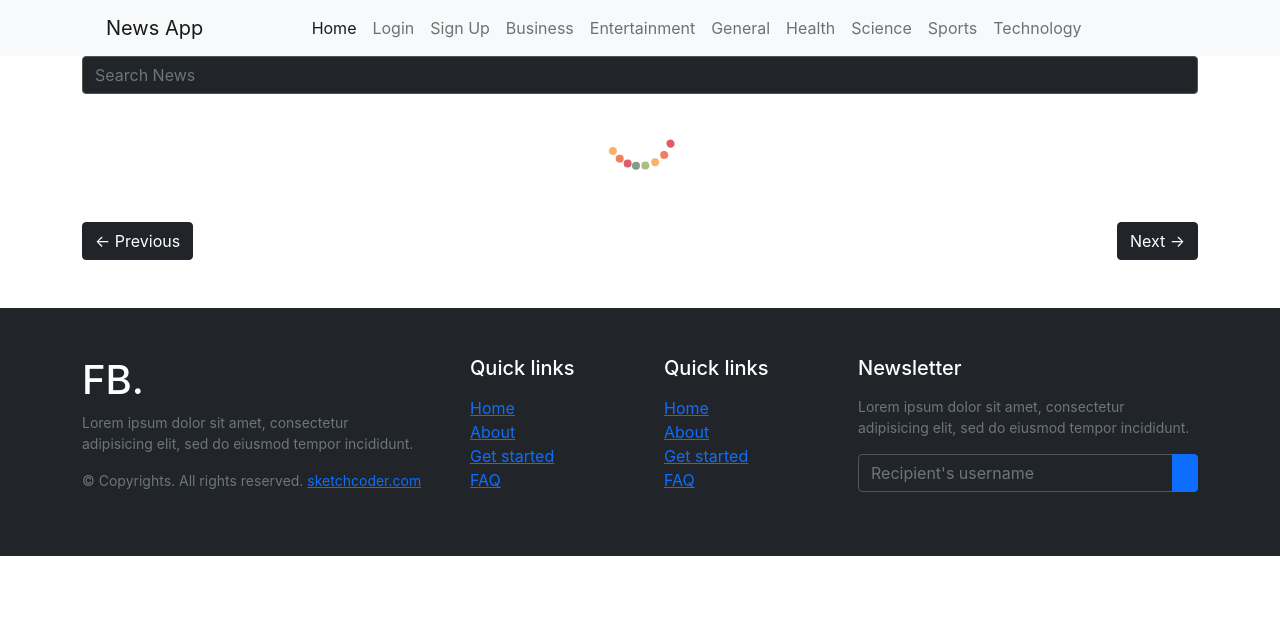
Repository: ZainAkbar51214/News-Site
Page: /
An editor plug-in stored every save of this project. The page is shown before and after the next save, followed by the edit.
The browser window is 1280 px wide. The pictures show the whole page.
The page's requests for data from a server got no answer. The project was rebuilt for these pictures with package versions that can differ from the ones it lists, and the page was loaded fresh each time. No one was signed in, and anything a server would have sent is missing. Also part of the build but not shown: src/Components/pages/Login.jsx, src/Components/pages/SignUp.jsx, src/App.css, src/Components/Layouts/NewsItem.js.

Above is the page before, as saved 2023-12-18 04:37:52.

### public/index.html
<!DOCTYPE html>
<html lang="en">
  <head>
    <meta charset="utf-8" />
    <link rel="icon" href="%PUBLIC_URL%/favicon.ico" />
    <meta name="viewport" content="width=device-width, initial-scale=1" />
    <meta name="theme-color" content="#000000" />
    <meta
      name="description"
      content="Web site created using create-react-app"
    />
    <link rel="apple-touch-icon" href="%PUBLIC_URL%/logo192.png" />

    <link rel="manifest" href="%PUBLIC_URL%/manifest.json" />

    <title>News App</title>
    <!-- Bootstrap cdn -->
    <link href="https://cdn.jsdelivr.net/npm/bootstrap@5.0.2/dist/css/bootstrap.min.css" rel="stylesheet" integrity="sha384-EVSTQN3/azprG1Anm3QDgpJLIm9Nao0Yz1ztcQTwFspd3yD65VohhpuuCOmLASjC" crossorigin="anonymous">
  </head>
  <body>
    <noscript>You need to enable JavaScript to run this app.</noscript>
    <div id="root"></div>


    <!-- Bootstrap Script -->
    <script src="https://cdn.jsdelivr.net/npm/@popperjs/core@2.9.2/dist/umd/popper.min.js" integrity="sha384-IQsoLXl5PILFhosVNubq5LC7Qb9DXgDA9i+tQ8Zj3iwWAwPtgFTxbJ8NT4GN1R8p" crossorigin="anonymous"></script>
<script src="https://cdn.jsdelivr.net/npm/bootstrap@5.0.2/dist/js/bootstrap.min.js" integrity="sha384-cVKIPhGWiC2Al4u+LWgxfKTRIcfu0JTxR+EQDz/bgldoEyl4H0zUF0QKbrJ0EcQF" crossorigin="anonymous"></script>
  </body>
</html>

### src/App.js
import React from "react";
import {
  BrowserRouter as Router,
  Switch,
  Route
} from "react-router-dom";
import Navbar from './Components/Header/Navbar';
import Footer from './Components/Footer/Footer';
import Login from "./Components/pages/Login";
import SignUp from "./Components/pages/SignUp";
import News from "./Components/Layouts/News";

function App() {
  return (
    <Router>
      <Navbar />
        <Switch>
          <Route path="/" exact><News key="general" pageSize={5} country="in" category="general" /></Route>
          <Route path="/business" exact><News key="business" pageSize={5} country="in" category="business" /></Route>
          <Route path="/entertainment" exact><News key="entertainment" pageSize={5} country="in" category="entertainment" /></Route>
          <Route path="/health" exact><News key="health" pageSize={5} country="in" category="health" /></Route>
          <Route path="/science" exact><News key="science" pageSize={5} country="in" category="science" /></Route>
          <Route path="/sports" exact><News key="sports" pageSize={5} country="in" category="sports" /></Route>
          <Route path="/technology" exact><News key="technology" pageSize={5} country="in" category="technology" /></Route>
          <Route path="/login">
            <Login />
          </Route>
          <Route path="/sign-up">
            <SignUp />
          </Route>
        </Switch>
      <Footer />
  </Router>
  );
}

export default App;

### src/Components/Header/Navbar.jsx
import React, { Component } from 'react';
import { Link } from 'react-router-dom';

class Navbar extends Component {
    render() {
        return (
            <div>
                <div className="container-fluid bg-light">
                <div className="container">
                    <div className="row">
                        <div className="col-md-12">
                            <nav className="navbar navbar-expand-lg navbar-light">
                                <div className="container-fluid">
                                    <Link className="navbar-brand" to="/">News App</Link>
                                    <button className="navbar-toggler" type="button" data-bs-toggle="collapse" data-bs-target="#navbarSupportedContent" aria-controls="navbarSupportedContent" aria-expanded="false" aria-label="Toggle navigation">
                                        <span className="navbar-toggler-icon"></span>
                                    </button>
                                    <div className="collapse navbar-collapse" id="navbarSupportedContent">
                                        <ul className="navbar-nav mx-auto mb-2 mb-lg-0">
                                            <li className="nav-item">
                                                <Link className="nav-link active" aria-current="page" to="/">Home</Link>
                                            </li>
                                            <li className="nav-item">
                                                <Link className="nav-link" to="/login">Login</Link>
                                            </li>
                                            <li className="nav-item">
                                                <Link className="nav-link" to="/sign-up">Sign Up</Link>
                                            </li>
                                            <li className="nav-item">
                                                <Link className="nav-link" to="/business">Business</Link>
                                            </li>
                                            <li className="nav-item">
                                                <Link className="nav-link" to="/entertainment">Entertainment</Link>
                                            </li>
                                            <li className="nav-item">
                                                <Link className="nav-link" to="/">General</Link>
                                            </li>
                                            <li className="nav-item">
                                                <Link className="nav-link" to="/health">Health</Link>
                                            </li>
                                            <li className="nav-item">
                                                <Link className="nav-link" to="/science">Science</Link>
                                            </li>
                                            <li className="nav-item">
                                                <Link className="nav-link" to="/sports">Sports</Link>
                                            </li>
                                            <li className="nav-item">
                                                <Link className="nav-link" to="/technology">Technology</Link>
                                            </li>
                                        </ul>
                                    </div>
                                </div>
                            </nav>
                        </div>
                    </div>
                </div>
            </div>
            </div>
        );
    }
}

export default Navbar;

### src/Components/Footer/Footer.jsx
import React from "react";
import { Link } from "react-router-dom";
import '../Footer/Footer.css';

const Navbar = () => {
    return (
        <>
            <div className="d-flex flex-column h-100" style={{overflow: 'hidden'}}>
                {/* <!-- FOOTER --> */}
                <footer className="w-100 py-4 flex-shrink-0">
                    <div className="container py-4">
                        <div className="row gy-4 gx-5">
                            <div className="col-lg-4 col-md-6">
                                <h5 className="h1 text-white">FB.</h5>
                                <p className="small text-muted">Lorem ipsum dolor sit amet, consectetur adipisicing elit, sed do eiusmod tempor incididunt.</p>
                                <p className="small text-muted mb-0">&copy; Copyrights. All rights reserved. <Link className="text-primary" to="https://sketchcoder.com" target="_blank">sketchcoder.com</Link></p>
                            </div>
                            <div className="col-lg-2 col-md-6">
                                <h5 className="text-white mb-3">Quick links</h5>
                                <ul className="list-unstyled text-muted">
                                    <li><Link to="#">Home</Link></li>
                                    <li><Link to="#">About</Link></li>
                                    <li><Link to="#">Get started</Link></li>
                                    <li><Link to="#">FAQ</Link></li>
                                </ul>
                            </div>
                            <div className="col-lg-2 col-md-6">
                                <h5 className="text-white mb-3">Quick links</h5>
                                <ul className="list-unstyled text-muted">
                                    <li><Link to="#">Home</Link></li>
                                    <li><Link to="#">About</Link></li>
                                    <li><Link to="#">Get started</Link></li>
                                    <li><Link to="#">FAQ</Link></li>
                                </ul>
                            </div>
                            <div className="col-lg-4 col-md-6">
                                <h5 className="text-white mb-3">Newsletter</h5>
                                <p className="small text-muted">Lorem ipsum dolor sit amet, consectetur adipisicing elit, sed do eiusmod tempor incididunt.</p>
                                <form action="#">
                                    <div className="input-group mb-3">
                                        <input className="form-control" type="text" placeholder="Recipient's username" aria-label="Recipient's username" aria-describedby="button-addon2" />
                                        <button className="btn btn-primary" id="button-addon2" type="button"><i className="fas fa-paper-plane"></i></button>
                                    </div>
                                </form>
                            </div>
                        </div>
                    </div>
                </footer>
            </div>
        </>
    )
}

export default Navbar;

### src/Components/Layouts/News.js
import React, { Component } from 'react';
import NewsItem from './NewsItem';
import Spinner from '../Spinner';
import PropTypes from 'prop-types';

class News extends Component {

    static defaultProps = {
        country: 'in',
        pageSize: 8,
        category: 'general'
      }
    static propTypes = {
        country: PropTypes.string,
        pageSize: PropTypes.number,
        category: PropTypes.string,

      }

    constructor(){
        super();
        this.state = {
            articles: [],
            loading: false,
            page: 1
        }
    }

    async componentDidMount(){
        let url =    `https://newsapi.org/v2/top-headlines?country=${this.props.country}&category=${this.props.category}&apiKey=e5869a5b7afe45f0975749f435cea4b5&page=${this.state.page - 1}&pageSize=${this.props.pageSize}`;
        this.setState({loading: true});
        let data = await fetch(url);
        let passData = await data.json();
        console.log(passData);
        this.setState({
            articles: passData.articles,
            totalResults: passData.totalResults,
            loading: false
        })

    }

    handPrevClick = async () => {
        console.log("prev");
        let url =    `https://newsapi.org/v2/top-headlines?country=${this.props.country}&category=${this.props.category}&apiKey=e5869a5b7afe45f0975749f435cea4b5&page=${this.state.page - 1}&pageSize=${this.props.pageSize}`;
        this.setState({loading: true});
        let data = await fetch(url);
        let passData = await data.json();
        console.log(passData);

        this.setState({
            page: this.state.page - 1,
            articles: passData.articles,
            loading: false
        })
    }
    handNextClick = async () => {
        console.log("Next");
        if(!(this.state.page + 1 > Math.ceil(this.state.totalResults/this.props.pageSize))){

        let url =  `https://newsapi.org/v2/top-headlines?country=${this.props.country}&category=${this.props.category}&apiKey=e5869a5b7afe45f0975749f435cea4b5&page=${this.state.page + 1}&pageSize=${this.props.pageSize}`;
        this.setState({loading: true});
        let data = await fetch(url);
        let passData = await data.json();
        console.log(passData);

        this.setState({
            page: this.state.page + 1,
            articles: passData.articles,
            loading: false
        })
        }
    }



    render() {
        return (
            <div className='container-fluid'>
                <div className='container'>
                    <div className='row'>
                        <div className='col-lg-12'>
                            <input type='text' placeholder='Search News' className='form-control' />
                        </div>
                    </div>
                    {
                        this.state.loading &&
                        <div className='row'>
                            <div className='col-lg-12 text-center'>
                                <Spinner />
                            </div>
                        </div>
                    }
                    <div className='row'>
                        {!this.state.loading && this.state.articles.map((element) => {
                           return element.urlToImage?<div className='col-lg-4 col-md-6 mt-5' key={element.url}>
                           <NewsItem title={element.title?element.title.slice(0, 45): ""} description={element.description?element.description.slice(0, 86): ""} imageUrl={element.urlToImage} newsUrl={element.url} />
                       </div>
                       :""
                        })}

                    </div>

                   <div className='row'>
                   <div className='col-lg-12 d-flex justify-content-between mt-5 mb-5'>
                        <button disabled={this.state.page<1} type='button' className='btn btn-dark' onClick={this.handPrevClick}>&larr; Previous</button>
                        <button disabled={this.state.page + 1 > Math.ceil(this.state.totalResults/this.props.pageSize)} type='button' className='btn btn-dark' onClick={this.handNextClick}>Next &rarr;</button>
                    </div>
                   </div>
                </div>
            </div>
        );
    }
}

export default News;

### src/Components/Footer/Footer.css
/* ==========================================
    FOR DEMO PURPOSE
  ========================================== */

  .text-small {
    font-size: 0.9rem;
  }

  .form-control {
    background: #212529;
    border-color: #545454;
  }

  .form-control:focus {
    background: #212529;
  }

  footer {
    background: #212529;
  }

### src/Components/Spinner.jsx
import React, { Component } from 'react';
import loading from '../img/index.svg';

class Spinner extends Component {
    render() {
        return (
            <div>
                <img src={loading} alt="loading" />
            </div>
        );
    }
}

export default Spinner;

Loaded but not shown: src/index.js (common file); src/index.css (common file); src/reportWebVitals.js (common file)

After the next save:
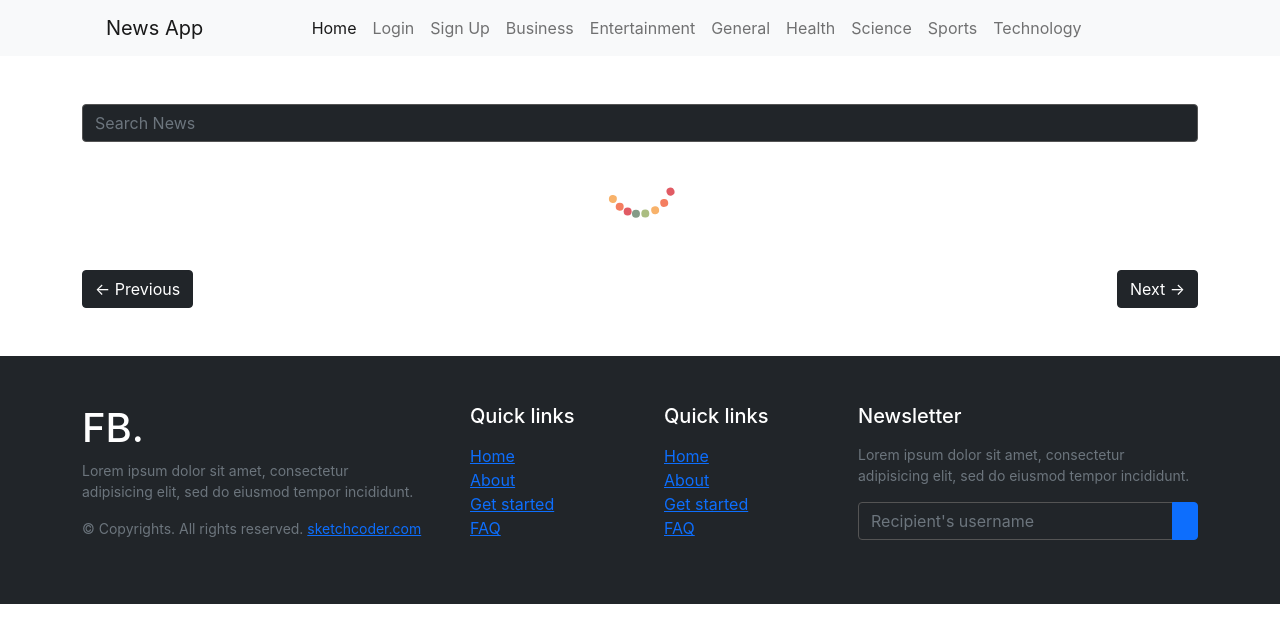
Saved 16 s later.
--- a/src/Components/Layouts/News.js
+++ b/src/Components/Layouts/News.js
@@ -79,8 +79,8 @@ class News extends Component {
             <div className='container-fluid'>
                 <div className='container'>
                     <div className='row'>
-                        <div className='col-lg-12'>
-                            <input type='text' placeholder='Search News' className='form-control' />
+                        <div className='col-lg-12 mt-5'>
+                            <input type='search' placeholder='Search News' className='form-control' />
                         </div>
                     </div>
                     {
